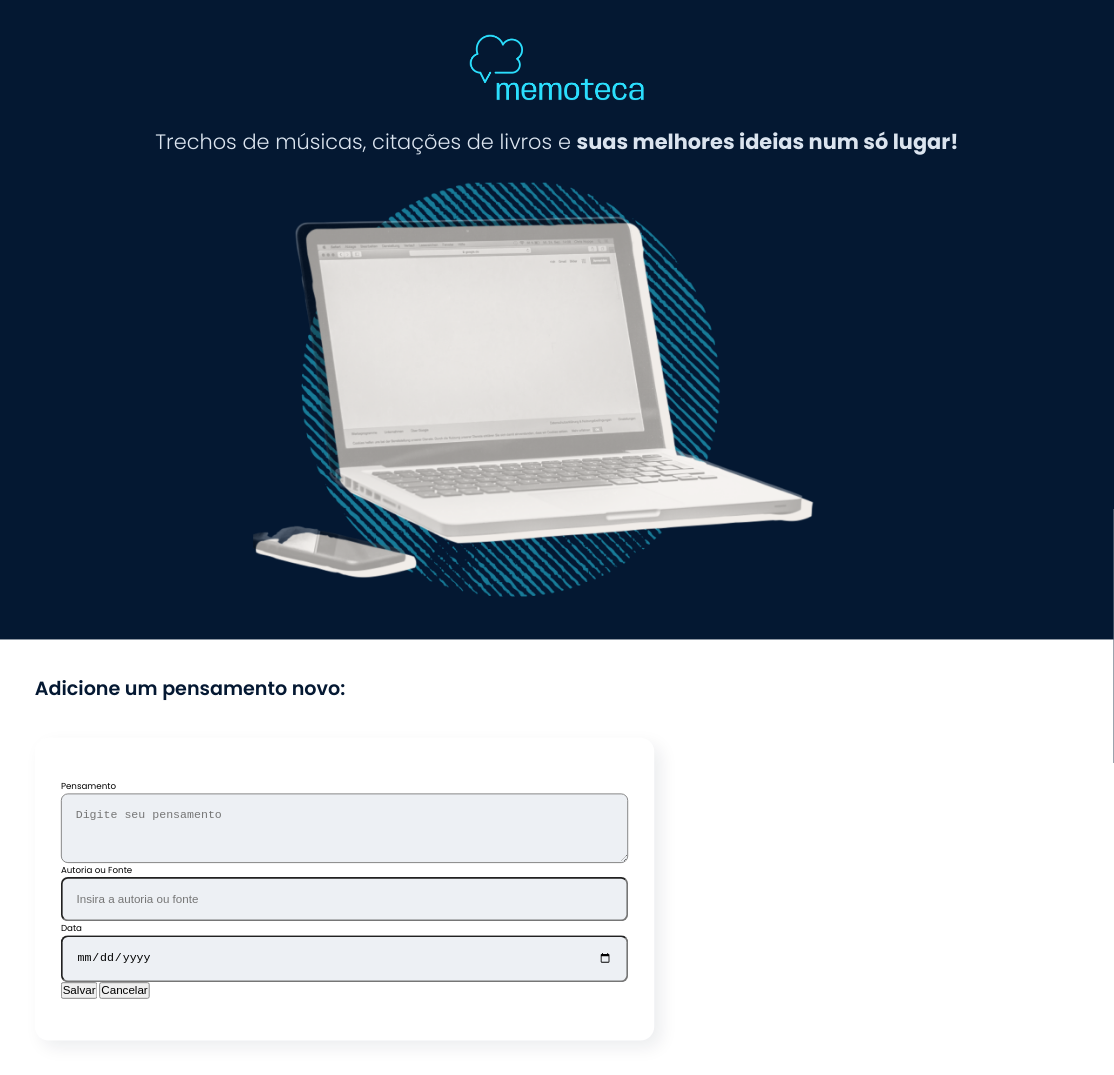
Repository: joaoPraiaJunior/crud_js
Page: index.html
These files come from the project's save history. The page is drawn as it stood at one moment and after the next save; the edit follows.
The browser window is 1280 px wide. The pictures show the whole page, at 87% of full size.

Above is the page before, as saved 2024-09-26 22:48:34.

After the next save:
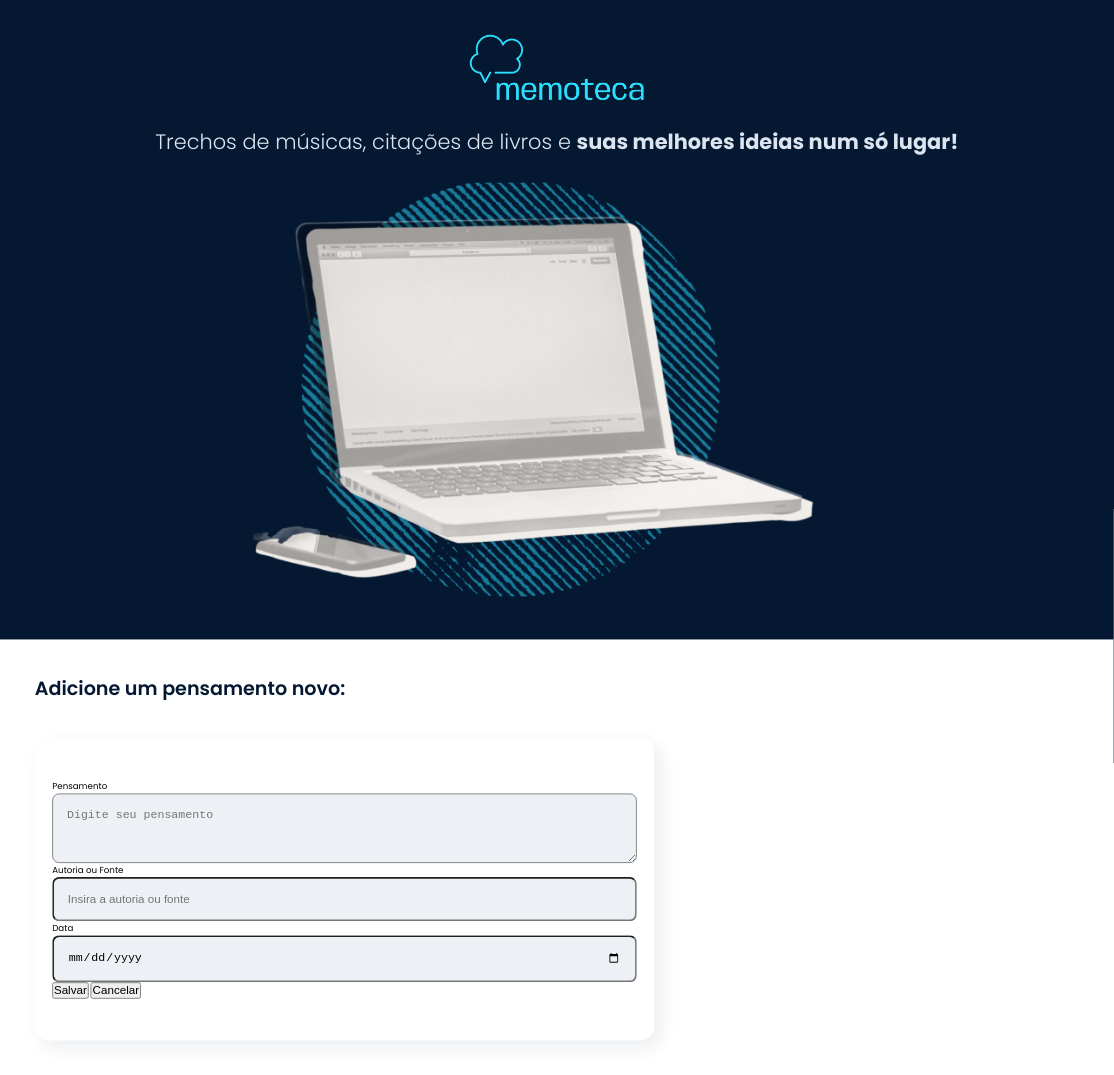
Saved 4 s later.
--- a/css/styles.css
+++ b/css/styles.css
@@ -80,7 +80,7 @@ main {
 	background: #fff;
 	margin-top: 4rem;
 	border-radius: 1.6rem;
-	padding: 4.8rem 3rem;
+	padding: 4.8rem 2rem;
 	box-shadow: 8px 8px 20px 0px rgba(4, 24, 50, 0.08);
 	width: 100%;
 	max-width: 71.2rem;
